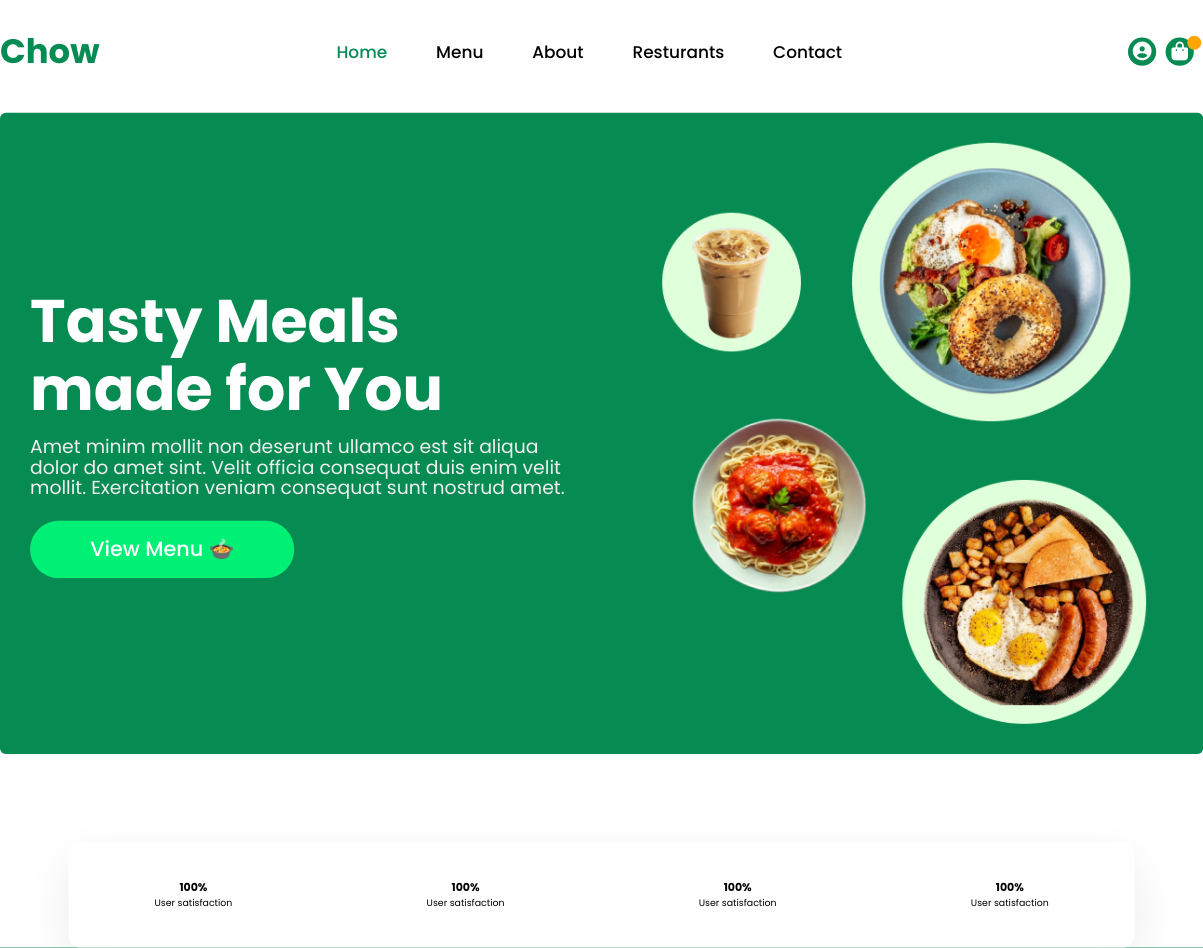
Repository: nguyennam1029/balbal
Page: index.html
An editor plug-in stored every save of this project. The page is shown before and after the next save, followed by the edit.
The browser window is 1280 px wide. The pictures show the whole page, at 94% of full size.
Some web libraries are served in a nearby version.

Above is the page before, as saved 2022-07-01 17:40:47.

### index.html
<!DOCTYPE html>
<html lang="en">
  <head>
    <meta charset="UTF-8" />
    <meta http-equiv="X-UA-Compatible" content="IE=edge" />
    <meta name="viewport" content="width=device-width, initial-scale=1.0" />
    <title>Chow</title>
    <link
      rel="stylesheet"
      href="https://cdnjs.cloudflare.com/ajax/libs/font-awesome/6.1.1/css/all.min.css"
      integrity="sha512-KfkfwYDsLkIlwQp6LFnl8zNdLGxu9YAA1QvwINks4PhcElQSvqcyVLLD9aMhXd13uQjoXtEKNosOWaZqXgel0g=="
      crossorigin="anonymous"
      referrerpolicy="no-referrer"
    />
    <link rel="stylesheet" href="css/grid.css" />
    <link rel="stylesheet" href="css/style.css" />
  </head>
  <body>
    <div class="grid wide">
      <div class="menu">
        <a href="#" class="menu-left">Chow</a>
        <ul class="menu-center">
          <li class="menu-center-item">
            <a href="#" class="menu-center--link active">Home</a>
          </li>
          <li class="menu-center-item">
            <a href="#" class="menu-center--link">Menu</a>
          </li>
          <li class="menu-center-item">
            <a href="#" class="menu-center--link">About</a>
          </li>
          <li class="menu-center-item">
            <a href="#" class="menu-center--link">Resturants</a>
          </li>
          <li class="menu-center-item">
            <a href="#" class="menu-center--link">Contact</a>
          </li>
        </ul>
        <ul class="menu-right">
          <li class="menu-right-item">
            <a href="#" class="menu-right--link">
              <i class="fa-solid fa-circle-user"></i>
            </a>
          </li>
          <li class="menu-right-item">
            <a href="#" class="menu-right--link active">
              <i class="fa-solid fa-bag-shopping"></i>
              <span class="menu-right--circle"></span>
            </a>
          </li>
        </ul>
      </div>
      <div class="banner">
        <div class="row">
          <div class="col l-6 m-6 c-12">
            <div class="banner-info">
              <h1 class="banner-title">Tasty Meals made for You</h1>
              <span class="banner-des"
                >Amet minim mollit non deserunt ullamco est sit aliqua dolor do
                amet sint. Velit officia consequat duis enim velit mollit.
                Exercitation veniam consequat sunt nostrud amet.</span
              >
              <a href="#" class="banner-btn"> View Menu 🍲 </a>
            </div>
          </div>
          <div class="col l-6 m-6 c-12">
            <div class="banner-img">
              <img src="images/banner1.png" alt="" />
            </div>
          </div>
        </div>
      </div>
      <div class="statistical">
        <div class="row">
          <div class="col l-3 m-6 c-12">
            <div class="statistical-item">
              <h3 class="statistical-item--title">100%</h3>
              <span class="statistical-item--des">User satisfaction</span>
            </div>
          </div>
          <div class="col l-3 m-6 c-12">
            <div class="statistical-item">
              <h3 class="statistical-item--title">100%</h3>
              <span class="statistical-item--des">User satisfaction</span>
            </div>
          </div>
          <div class="col l-3 m-6 c-12">
            <div class="statistical-item">
              <h3 class="statistical-item--title">100%</h3>
              <span class="statistical-item--des">User satisfaction</span>
            </div>
          </div>
          <div class="col l-3 m-6 c-12">
            <div class="statistical-item">
              <h3 class="statistical-item--title">100%</h3>
              <span class="statistical-item--des">User satisfaction</span>
            </div>
          </div>
        </div>
      </div>
    </div>
  </body>
</html>

### css/grid.css
/* L là pc ,  M là tablet, C là mobile  */
.grid {
    width  : 100%;
    display: block;
    padding: 0;
}

.grid.wide {
    max-width: 1280px;
    margin   : 0 auto;
}

.row {
    display     : flex;
    flex-wrap   : wrap;
    margin-left : -4px;
    margin-right: -4px;
}

.row.no-gutters {
    margin-left : 0;
    margin-right: 0;
}

.col {
    padding-left : 4px;
    padding-right: 4px;
}

.row.no-gutters .col {
    padding-left : 0;
    padding-right: 0;
}

.c-0 {
    display: none;
}

.c-1 {
    flex     : 0 0 8.33333%;
    max-width: 8.33333%;
}

.c-2 {
    flex     : 0 0 16.66667%;
    max-width: 16.66667%;
}

.c-3 {
    flex     : 0 0 25%;
    max-width: 25%;
}

.c-4 {
    flex     : 0 0 33.33333%;
    max-width: 33.33333%;
}

.c-5 {
    flex     : 0 0 41.66667%;
    max-width: 41.66667%;
}

.c-6 {
    flex     : 0 0 50%;
    max-width: 50%;
}

.c-7 {
    flex     : 0 0 58.33333%;
    max-width: 58.33333%;
}

.c-8 {
    flex     : 0 0 66.66667%;
    max-width: 66.66667%;
}

.c-9 {
    flex     : 0 0 75%;
    max-width: 75%;
}

.c-10 {
    flex     : 0 0 83.33333%;
    max-width: 83.33333%;
}

.c-11 {
    flex     : 0 0 91.66667%;
    max-width: 91.66667%;
}

.c-12 {
    flex     : 0 0 100%;
    max-width: 100%;
}

.c-o-1 {
    margin-left: 8.33333%;
}

.c-o-2 {
    margin-left: 16.66667%;
}

.c-o-3 {
    margin-left: 25%;
}

.c-o-4 {
    margin-left: 33.33333%;
}

.c-o-5 {
    margin-left: 41.66667%;
}

.c-o-6 {
    margin-left: 50%;
}

.c-o-7 {
    margin-left: 58.33333%;
}

.c-o-8 {
    margin-left: 66.66667%;
}

.c-o-9 {
    margin-left: 75%;
}

.c-o-10 {
    margin-left: 83.33333%;
}

.c-o-11 {
    margin-left: 91.66667%;
}

/* >= Tablet */
@media (min-width: 740px) {
    .row {
        margin-left : -8px;
        margin-right: -8px;
    }

    .col {
        padding-left : 8px;
        padding-right: 8px;
    }

    .m-0 {
        display: none;
    }

    .m-1,
    .m-2,
    .m-3,
    .m-4,
    .m-5,
    .m-6,
    .m-7,
    .m-8,
    .m-9,
    .m-10,
    .m-11,
    .m-12 {
        display: block;
    }

    .m-1 {
        flex     : 0 0 8.33333%;
        max-width: 8.33333%;
    }

    .m-2 {
        flex     : 0 0 16.66667%;
        max-width: 16.66667%;
    }

    .m-3 {
        flex     : 0 0 25%;
        max-width: 25%;
    }

    .m-4 {
        flex     : 0 0 33.33333%;
        max-width: 33.33333%;
    }

    .m-5 {
        flex     : 0 0 41.66667%;
        max-width: 41.66667%;
    }

    .m-6 {
        flex     : 0 0 50%;
        max-width: 50%;
    }

    .m-7 {
        flex     : 0 0 58.33333%;
        max-width: 58.33333%;
    }

    .m-8 {
        flex     : 0 0 66.66667%;
        max-width: 66.66667%;
    }

    .m-9 {
        flex     : 0 0 75%;
        max-width: 75%;
    }

    .m-10 {
        flex     : 0 0 83.33333%;
        max-width: 83.33333%;
    }

    .m-11 {
        flex     : 0 0 91.66667%;
        max-width: 91.66667%;
    }

    .m-12 {
        flex     : 0 0 100%;
        max-width: 100%;
    }

    .m-o-1 {
        margin-left: 8.33333%;
    }

    .m-o-2 {
        margin-left: 16.66667%;
    }

    .m-o-3 {
        margin-left: 25%;
    }

    .m-o-4 {
        margin-left: 33.33333%;
    }

    .m-o-5 {
        margin-left: 41.66667%;
    }

    .m-o-6 {
        margin-left: 50%;
    }

    .m-o-7 {
        margin-left: 58.33333%;
    }

    .m-o-8 {
        margin-left: 66.66667%;
    }

    .m-o-9 {
        margin-left: 75%;
    }

    .m-o-10 {
        margin-left: 83.33333%;
    }

    .m-o-11 {
        margin-left: 91.66667%;
    }
}

/* PC medium resolution > */
@media (min-width: 1113px) {
    .row {
        margin-left : -12px;
        margin-right: -12px;
    }

    .row.sm-gutter {
        margin-left : -5px;
        margin-right: -5px;
    }

    .col {
        padding-left : 12px;
        padding-right: 12px;
    }

    .row.sm-gutter .col {
        padding-left : 5px;
        padding-right: 5px;
    }

    .l-0 {
        display: none;
    }

    .l-1,
    .l-2,
    .l-2-4,
    .l-3,
    .l-4,
    .l-5,
    .l-6,
    .l-7,
    .l-8,
    .l-9,
    .l-10,
    .l-11,
    .l-12 {
        display: block;
    }

    .l-1 {
        flex     : 0 0 8.33333%;
        max-width: 8.33333%;
    }

    .l-2 {
        flex     : 0 0 16.66667%;
        max-width: 16.66667%;
    }

    .l-2-4 {
        flex     : 0 0 20%;
        max-width: 20%;
    }

    .l-3 {
        flex     : 0 0 25%;
        max-width: 25%;
    }

    .l-4 {
        flex     : 0 0 33.33333%;
        max-width: 33.33333%;
    }

    .l-5 {
        flex     : 0 0 41.66667%;
        max-width: 41.66667%;
    }

    .l-6 {
        flex     : 0 0 50%;
        max-width: 50%;
    }

    .l-7 {
        flex     : 0 0 58.33333%;
        max-width: 58.33333%;
    }

    .l-8 {
        flex     : 0 0 66.66667%;
        max-width: 66.66667%;
    }

    .l-9 {
        flex     : 0 0 75%;
        max-width: 75%;
    }

    .l-10 {
        flex     : 0 0 83.33333%;
        max-width: 83.33333%;
    }

    .l-11 {
        flex     : 0 0 91.66667%;
        max-width: 91.66667%;
    }

    .l-12 {
        flex     : 0 0 100%;
        max-width: 100%;
    }

    .l-o-1 {
        margin-left: 8.33333%;
    }

    .l-o-2 {
        margin-left: 16.66667%;
    }

    .l-o-3 {
        margin-left: 25%;
    }

    .l-o-4 {
        margin-left: 33.33333%;
    }

    .l-o-5 {
        margin-left: 41.66667%;
    }

    .l-o-6 {
        margin-left: 50%;
    }

    .l-o-7 {
        margin-left: 58.33333%;
    }

    .l-o-8 {
        margin-left: 66.66667%;
    }

    .l-o-9 {
        margin-left: 75%;
    }

    .l-o-10 {
        margin-left: 83.33333%;
    }

    .l-o-11 {
        margin-left: 91.66667%;
    }
}

/* Tablet - PC low resolution */
@media (min-width: 740px) and (max-width: 1023px) {
    .wide {
        width: 644px;
    }
}

/* > PC low resolution */
@media (min-width: 1024px) and (max-width: 1239px) {
    .wide {
        width: 984px;
    }

    .wide .row {
        margin-left : -12px;
        margin-right: -12px;
    }

    .wide .row.sm-gutter {
        margin-left : -5px;
        margin-right: -5px;
    }

    .wide .col {
        padding-left : 12px;
        padding-right: 12px;
    }

    .wide .row.sm-gutter .col {
        padding-left : 5px;
        padding-right: 5px;
    }

    .wide .l-0 {
        display: none;
    }

    .wide .l-1,
    .wide .l-2,
    .wide .l-2-4,
    .wide .l-3,
    .wide .l-4,
    .wide .l-5,
    .wide .l-6,
    .wide .l-7,
    .wide .l-8,
    .wide .l-9,
    .wide .l-10,
    .wide .l-11,
    .wide .l-12 {
        display: block;
    }

    .wide .l-1 {
        flex     : 0 0 8.33333%;
        max-width: 8.33333%;
    }

    .wide .l-2 {
        flex     : 0 0 16.66667%;
        max-width: 16.66667%;
    }

    .wide .l-2-4 {
        flex     : 0 0 20%;
        max-width: 20%;
    }

    .wide .l-3 {
        flex     : 0 0 25%;
        max-width: 25%;
    }

    .wide .l-4 {
        flex     : 0 0 33.33333%;
        max-width: 33.33333%;
    }

    .wide .l-5 {
        flex     : 0 0 41.66667%;
        max-width: 41.66667%;
    }

    .wide .l-6 {
        flex     : 0 0 50%;
        max-width: 50%;
    }

    .wide .l-7 {
        flex     : 0 0 58.33333%;
        max-width: 58.33333%;
    }

    .wide .l-8 {
        flex     : 0 0 66.66667%;
        max-width: 66.66667%;
    }

    .wide .l-9 {
        flex     : 0 0 75%;
        max-width: 75%;
    }

    .wide .l-10 {
        flex     : 0 0 83.33333%;
        max-width: 83.33333%;
    }

    .wide .l-11 {
        flex     : 0 0 91.66667%;
        max-width: 91.66667%;
    }

    .wide .l-12 {
        flex     : 0 0 100%;
        max-width: 100%;
    }

    .wide .l-o-1 {
        margin-left: 8.33333%;
    }

    .wide .l-o-2 {
        margin-left: 16.66667%;
    }

    .wide .l-o-3 {
        margin-left: 25%;
    }

    .wide .l-o-4 {
        margin-left: 33.33333%;
    }

    .wide .l-o-5 {
        margin-left: 41.66667%;
    }

    .wide .l-o-6 {
        margin-left: 50%;
    }

    .wide .l-o-7 {
        margin-left: 58.33333%;
    }

    .wide .l-o-8 {
        margin-left: 66.66667%;
    }

    .wide .l-o-9 {
        margin-left: 75%;
    }

    .wide .l-o-10 {
        margin-left: 83.33333%;
    }

    .wide .l-o-11 {
        margin-left: 91.66667%;
    }
}

### css/style.css
@import url('https://fonts.googleapis.com/css2?family=Poppins:wght@400;500;600;700&display=swap');

*,
*::before,
*::after {
    box-sizing: border-box;
}

* {
    margin : 0;
    padding: 0;
}

html {
    font-family: 'Poppins',
        sans-serif;
    font-size: 62.5%;
}

html,
body {
    height: 100%;
}

body {
    line-height: 1.5;
}

img,
picture,
video,
canvas,
svg {
    display  : block;
    max-width: 100%;
}

input,
button,
textarea,
select {
    font   : inherit;
    outline: none;
}

p,
h1,
h2,
h3,
h4,
h5,
h6 {
    overflow-wrap: break-word;
}

a {
    text-decoration: none;
}

ul {
    list-style: none;
}

.menu {
    display        : flex;
    justify-content: space-between;
    align-items    : center;
    margin         : 35px 0 45px;
}

.menu-left {
    font-weight: 700;
    font-size  : 3.6rem;
    line-height: 40px;

    color: #068C52;
}

.menu-center,
.menu-right {
    display        : flex;
    justify-content: center;
    align-items    : center;
}

.menu-center--link {
    margin-right: 52px;
    font-weight : 500;
    font-size   : 1.8rem;
    line-height : 27px;
    color       : #000000;
}

.menu-center--link.active {
    color: #068C52;
}

.menu-right--link {
    margin-right         : 10px;
    display              : flex;
    justify-content      : center;
    align-items          : center;
    width                : 30px;
    height               : 30px;
    border-radius        : 50%;
    -webkit-border-radius: 50%;
    -moz-border-radius   : 50%;
    -ms-border-radius    : 50%;
    -o-border-radius     : 50%;
    background-color     : #068C52;
}

.menu-right--link i {
    color    : #fff;
    font-size: 2rem;
}

.menu-right--link.active {
    position: relative;
}

.menu-right--circle {
    position             : absolute;
    top                  : -2px;
    right                : -8px;
    width                : 15px;
    height               : 15px;
    background           : #FFA500;
    border-radius        : 50%;
    -webkit-border-radius: 50%;
    -moz-border-radius   : 50%;
    -ms-border-radius    : 50%;
    -o-border-radius     : 50%;
}

.banner {
    background-color     : #068C52;
    border-radius        : 6px;
    -webkit-border-radius: 6px;
    -moz-border-radius   : 6px;
    -ms-border-radius    : 6px;
    -o-border-radius     : 6px;
    padding              : 32px;
}

.banner-info {
    display           : flex;
    justify-content   : center;
    /* align-items    : center; */
    flex-direction    : column;
    height            : 100%;
}

.banner-title {
    font-weight: 700;
    font-size  : 6.4rem;
    line-height: 72px;

    color: #FFFFFF;
}

.banner-des {
    font-weight: 400;
    font-size  : 2rem;
    line-height: 22px;
    display    : block;
    color      : #EFEFEF;
    margin     : 14px 0 24px;
}

.banner-btn {
    font-weight          : 500;
    font-size            : 2.2rem;
    line-height          : 33px;
    padding              : 14px 64px;
    /*Primary/White*/
    color                : #FFFFFF;
    background           : #00F076;
    border-radius        : 32px;
    -webkit-border-radius: 32px;
    -moz-border-radius   : 32px;
    -ms-border-radius    : 32px;
    -o-border-radius     : 32px;
    width                : fit-content;
}

.statistical {
    max-width    : 1134px;
    margin       : 94px auto;
    /* border    : 1px solid; */
    background   : #FFFFFF;
    /* Drop Shadow/High */
    padding      : 40px 0;
    box-shadow   : 0px 20px 50px rgba(18, 17, 39, 0.08);
    border-radius: 12px;
    text-align   : center;
}

After the next save:
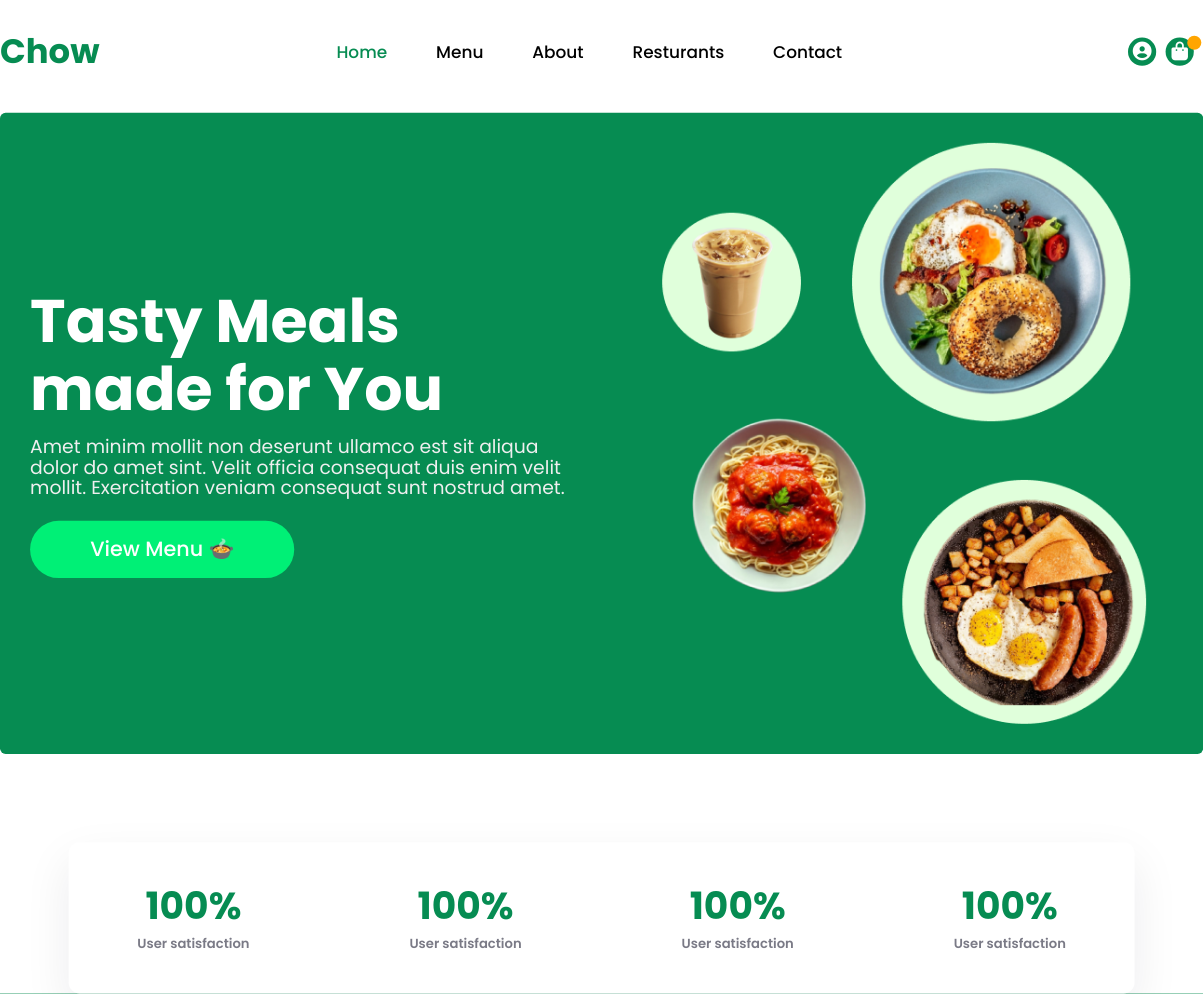
Saved 86 s later.
--- a/css/style.css
+++ b/css/style.css
@@ -195,3 +195,21 @@ ul {
     border-radius: 12px;
     text-align   : center;
 }
+
+.statistical-item--title {
+    font-weight: 700;
+    font-size  : 4rem;
+    line-height: 140%;
+    /* identical to box height, or 56px */
+
+    text-align: center;
+
+    color: #068C52;
+}
+
+.statistical-item--des {
+    font-weight: 600;
+    font-size  : 1.4rem;
+    line-height: 180%;
+    color      : rgba(18, 17, 39, 0.56);
+}
